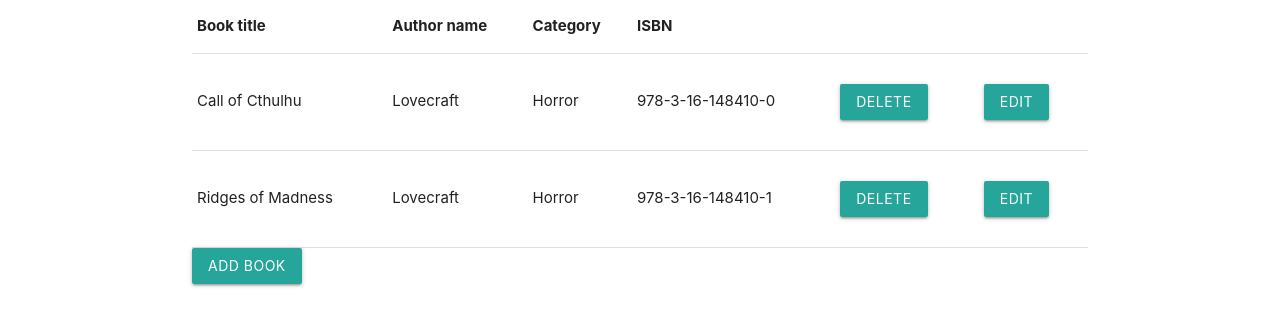
Repository: AlexanderBil/bookShalf
Page: /
An editor plug-in stored every save of this project. The page is shown before and after the next save, followed by the edit.
The browser window is 1280 px wide. The pictures show the whole page.
The project was rebuilt for these pictures with package versions that can differ from the ones it lists, and the page was loaded fresh each time. Also part of the build but not shown: src/components/AddBook.js, src/components/Edit.js, src/components/Modal.css.

Above is the page before, as saved 2021-06-27 20:15:11.

After the next save:
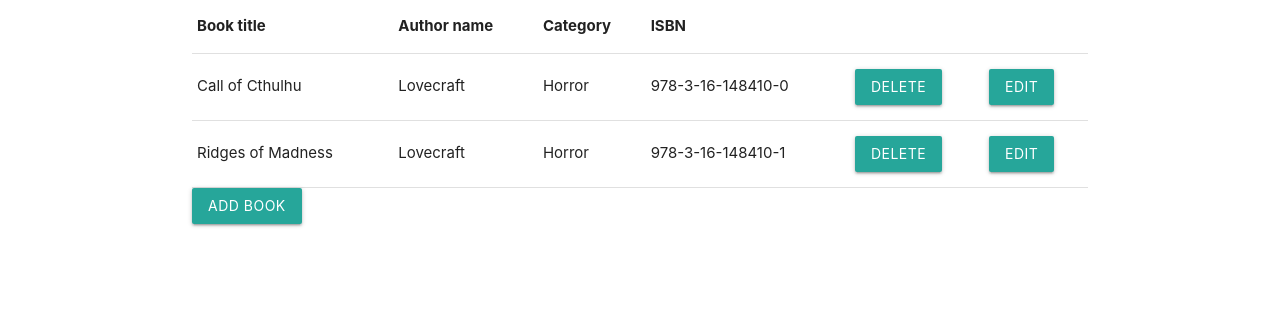
Saved 15 s later.
--- a/src/index.css
+++ b/src/index.css
@@ -7,9 +7,9 @@ body {
   -moz-osx-font-smoothing: grayscale;
 }
 
-.edit, .delete{
+/* .edit, .delete{
   margin: 15px 5px;
   display: table-cell;
   text-align: left;
   vertical-align: middle;
-}
+} */
